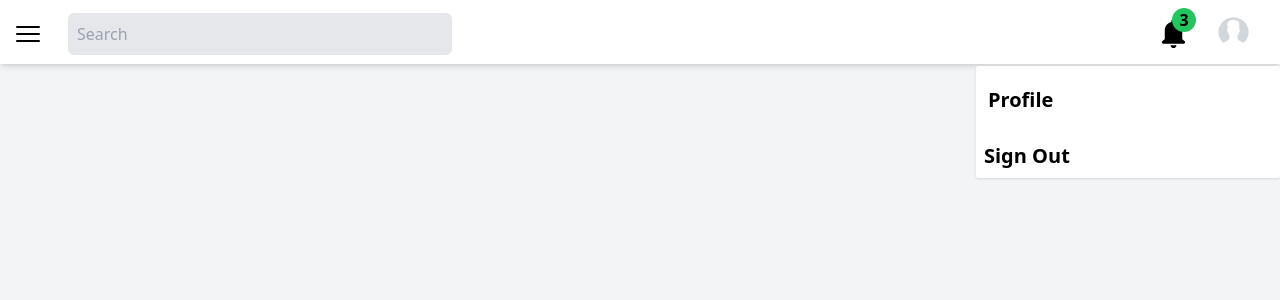
Repository: IssaMuiz/ifarmstock-admin
Page: /api/reset-password
These files come from the project's save history. The page is drawn as it stood at one moment and after the next save; the edit follows.
The browser window is 1280 px wide. The pictures show the whole page.
The page's requests for data from a server got no answer. The project was rebuilt for these pictures with package versions that can differ from the ones it lists, and the page was loaded fresh each time. The framework's server and built-in components were replaced by stand-ins that run in the browser. No one was signed in, and anything a server would have sent is missing. Also part of the build but not shown: next.config.mjs.

Above is the page before, as saved 2024-10-08 15:29:08.

### app/layout.tsx
import type { Metadata } from "next";
import localFont from "next/font/local";
import "./globals.css";
import ClientSessionProvider from "../components/clientSessionProvider";

const geistSans = localFont({
  src: "./fonts/GeistVF.woff",
  variable: "--font-geist-sans",
  weight: "100 900",
});
const geistMono = localFont({
  src: "./fonts/GeistMonoVF.woff",
  variable: "--font-geist-mono",
  weight: "100 900",
});

export const metadata: Metadata = {
  title: "iFarmStock-admin",
  description: "Generated by create next app",
};

export default function RootLayout({
  children,
}: Readonly<{
  children: React.ReactNode;
}>) {
  return (
    <html lang="en">
      <body
        className={`${geistSans.variable} ${geistMono.variable} antialiased mx-5 bg-gray-100`}
      >
        <ClientSessionProvider>{children}</ClientSessionProvider>
      </body>
    </html>
  );
}

### app/api/reset-password/page.tsx
"use client";
import React from "react";
import { useState } from "react";
import { useRouter } from "next/router";
import axios from "axios";

const ResetPassword = () => {
  const [password, setPassword] = useState("");
  const [message, setMessage] = useState("");

  const router = useRouter();
  const { token } = router.query;

  const handleSubmit = async (e: React.FormEvent) => {
    e.preventDefault();
    try {
      const res = await axios.post("/api/auth/reset-password", {
        token,
        password,
      });

      setMessage(res.data.message);
      router.push("/");
      // eslint-disable-next-line @typescript-eslint/no-unused-vars
    } catch (error) {
      setMessage("Error resetting password. Please try again");
    }
  };
  return (
    <div>
      <h2>Reset Password</h2>
      <form action="" onSubmit={handleSubmit}>
        <input
          type="password"
          placeholder="Enter new password"
          value={password}
          onChange={(e) => setPassword(e.target.value)}
          required
        />
        <button type="submit"> Reset Password</button>
      </form>
      {message && <p>{message}</p>}
    </div>
  );
};

export default ResetPassword;

### components/clientSessionProvider.tsx
"use client";

import { SessionProvider } from "next-auth/react";
import { ReactNode, useState } from "react";
import Navbar from "./navbar";
import Sidenav from "./sidenav";

export default function ClientSessionProvider({
  children,
}: {
  children: ReactNode;
}) {
  const [showSidebar, setShowSidenav] = useState(false);

  const toggleSidebar = () => {
    setShowSidenav((prev) => !prev);
  };
  return (
    <SessionProvider>
      <main className="flex ">
        <Sidenav showSidebar={showSidebar} />

        <div
          className={`fixed block md:hidden inset-0 bg-black transition-opacity duration-300 ease-in-out z-10 ${
            showSidebar
              ? "opacity-40 pointer-events-auto"
              : "opacity-0 pointer-events-none"
          }`}
          onClick={toggleSidebar}
        ></div>
        <section
          className={`relative z-0 transition-all duration-300 ease-in-out ${
            showSidebar ? "md:ml-80" : "w-full"
          }  flex-1`}
        >
          <Navbar toggleSidebar={toggleSidebar} showSidebar={showSidebar} />

          {children}
        </section>
      </main>
    </SessionProvider>
  );
}

### components/navbar.tsx
import React from "react";
import { useSession } from "next-auth/react";
import Image from "next/image";

interface ToggleSidebar {
  toggleSidebar: (event: React.MouseEvent<HTMLOrSVGElement>) => void;
  showSidebar: boolean;
}
const Navbar = ({ toggleSidebar, showSidebar }: ToggleSidebar) => {
  const { data: session } = useSession();
  return (
    <nav
      className={`bg-white h-16 fixed top-0 left-0 ${
        showSidebar ? "md:left-80" : "w-full"
      } right-0 shadow-md z-10 transition-all ease-in-out duration-300`}
    >
      <div className="mx-auto flex justify-between p-2">
        <div className="leftnav flex-1 flex gap-2 md:gap-5 items-center ">
          <svg
            onClick={toggleSidebar}
            xmlns="http://www.w3.org/2000/svg"
            viewBox="0 0 24 24"
            strokeWidth={1.5}
            stroke="currentColor"
            className="size-10 rounded-sm cursor-pointer p-1 hover:bg-gray-300"
          >
            <path
              strokeLinecap="round"
              strokeLinejoin="round"
              d="M3.75 6.75h16.5M3.75 12h16.5m-16.5 5.25h16.5"
            />
          </svg>

          <input
            type="text"
            placeholder="Search"
            className="p-2 bg-gray-200 rounded-md max-w-96 flex-1 border outline-none"
          />
        </div>
        <div className="right-nav flex items-center gap-1 md:gap-3 ml-2">
          <div className="relative cursor-pointer hover:bg-gray-300 rounded-sm p-2">
            <svg
              xmlns="http://www.w3.org/2000/svg"
              x="0px"
              y="0px"
              width="35"
              height="35"
              viewBox="0 0 24 24"
              className="fill:#1A1A1A;"
            >
              <path d="M 12 2 C 11.172 2 10.5 2.672 10.5 3.5 L 10.5 4.1953125 C 7.9131836 4.862095 6 7.2048001 6 10 L 6 16 L 4.4648438 17.15625 L 4.4628906 17.15625 A 1 1 0 0 0 4 18 A 1 1 0 0 0 5 19 L 12 19 L 19 19 A 1 1 0 0 0 20 18 A 1 1 0 0 0 19.537109 17.15625 L 18 16 L 18 10 C 18 7.2048001 16.086816 4.862095 13.5 4.1953125 L 13.5 3.5 C 13.5 2.672 12.828 2 12 2 z M 10 20 C 10 21.1 10.9 22 12 22 C 13.1 22 14 21.1 14 20 L 10 20 z"></path>
            </svg>
            <span className=" absolute flex items-center justify-center font-semibold top-0 left-6 bg-green-500 p-1 h-6 w-6 rounded-full">
              3
            </span>
          </div>
          <div className="relative ">
            <div className="cursor-pointer hover:bg-gray-100 flex items-center gap-2 ">
              <Image
                src={session?.user?.image || "/assets/images/avatar.png"}
                alt="profile-image"
                width={45}
                height={45}
                className="rounded-md p-1"
              />
              <div className=" flex-col hidden md:flex text-base p-1">
                <p className=" font-semibold">{session?.user?.name}</p>
                <p>{session?.user?.email}</p>
              </div>
            </div>
            <div className="bg-white shadow top-14 -right-2 absolute w-60 md:w-[19rem] text-xl font-semibold rounded-sm ">
              <div className="flex flex-col gap-5">
                <p className="hover:bg-gray-300 cursor-pointer px-3 w-full mt-5">
                  Profile
                </p>

                <p className="hover:bg-gray-300 cursor-pointer p-2">Sign Out</p>
              </div>
            </div>
          </div>
        </div>
      </div>
    </nav>
  );
};

export default Navbar;

### components/sidenav.tsx
import React from "react";

interface Sidebar {
  showSidebar: boolean;
}
const Sidenav = ({ showSidebar }: Sidebar) => {
  return (
    <aside className="h-20 overflow-y-auto">
      <div
        className={`fixed w-80 overflow-x-hidden scrollbar  overflow-auto z-20 left-0 top-0 bottom-0 transform transition-transform duration-300  bg-gray-600 ${
          showSidebar ? "translate-x-0" : "-translate-x-full"
        }`}
      >
        <div className="bg-green-600 h-16 flex items-center gap-2 font-bold justify-center">
          <p className="text-2xl">iFarmStock</p>
          <p className="bg-white p-1 rounded-sm font-semibold text-sm">ADMIN</p>
        </div>
        <div className="flex flex-col items-start gap-6 text-white text-xl font-semibold mt-10">
          <div className="flex gap-5 w-full items-center py-3 px-6 hover:bg-gray-500 cursor-pointer">
            <svg
              width="30px"
              height="30px"
              viewBox="0 0 24 24"
              fill="none"
              xmlns="http://www.w3.org/2000/svg"
            >
              <path
                d="M21.54 19.25H21.31C21.2159 19.2194 21.1288 19.1706 21.0537 19.1062C20.9785 19.0418 20.9169 18.9632 20.8723 18.8749C20.8277 18.7866 20.8009 18.6903 20.7937 18.5917C20.7864 18.493 20.7988 18.3939 20.83 18.3C21.2622 16.9152 21.3626 15.4482 21.1231 14.0175C20.8837 12.5868 20.3111 11.2324 19.4516 10.0638C18.5921 8.89521 17.4698 7.94514 16.1754 7.29034C14.8809 6.63553 13.4506 6.29435 12 6.29435C10.5494 6.29435 9.11906 6.63553 7.82462 7.29034C6.53019 7.94514 5.4079 8.89521 4.54841 10.0638C3.68892 11.2324 3.11633 12.5868 2.87688 14.0175C2.63743 15.4482 2.73784 16.9152 3.17 18.3C3.21197 18.396 3.23338 18.4997 3.23284 18.6044C3.2323 18.7092 3.20983 18.8126 3.16687 18.9082C3.12391 19.0037 3.06142 19.0892 2.98341 19.1591C2.90541 19.229 2.81363 19.2818 2.71398 19.314C2.61434 19.3463 2.50903 19.3574 2.40485 19.3465C2.30068 19.3356 2.19994 19.303 2.10912 19.2508C2.01831 19.1986 1.93943 19.128 1.87758 19.0434C1.81573 18.9589 1.77226 18.8624 1.75 18.76C1.28255 17.2814 1.14055 15.7191 1.33375 14.1804C1.52694 12.6417 2.05074 11.1631 2.86922 9.84591C3.68769 8.52873 4.78146 7.40423 6.07545 6.54957C7.36945 5.69492 8.83303 5.13034 10.3658 4.89459C11.8985 4.65884 13.4641 4.7575 14.9551 5.1838C16.4461 5.61009 17.8273 6.35393 19.0037 7.36426C20.1802 8.3746 21.1241 9.62751 21.7708 11.037C22.4174 12.4465 22.7515 13.9792 22.75 15.53C22.75 16.6259 22.5814 17.7154 22.25 18.76C22.1977 18.9057 22.1011 19.0313 21.9738 19.1192C21.8464 19.2071 21.6947 19.2528 21.54 19.25Z"
                fill="#ffffff"
              />
              <path
                d="M21.54 19.25H2.45999C2.26108 19.25 2.07031 19.171 1.92966 19.0303C1.78901 18.8897 1.70999 18.6989 1.70999 18.5C1.70999 18.3011 1.78901 18.1103 1.92966 17.9697C2.07031 17.829 2.26108 17.75 2.45999 17.75H21.54C21.7389 17.75 21.9297 17.829 22.0703 17.9697C22.211 18.1103 22.29 18.3011 22.29 18.5C22.29 18.6989 22.211 18.8897 22.0703 19.0303C21.9297 19.171 21.7389 19.25 21.54 19.25Z"
                fill="#ffffff"
              />
              <path
                d="M12 16.25C11.9015 16.2505 11.8038 16.2312 11.7128 16.1935C11.6218 16.1557 11.5392 16.1001 11.47 16.03C11.3295 15.8894 11.2507 15.6988 11.2507 15.5C11.2507 15.3013 11.3295 15.1106 11.47 14.97L15.47 10.97C15.613 10.8661 15.788 10.8161 15.9643 10.8287C16.1406 10.8413 16.3067 10.9157 16.4335 11.0389C16.5602 11.162 16.6394 11.326 16.6571 11.5018C16.6747 11.6777 16.6297 11.8541 16.53 12L12.53 16C12.4633 16.0756 12.3819 16.1367 12.2908 16.1797C12.1997 16.2227 12.1007 16.2466 12 16.25Z"
                fill="#ffffff"
              />
            </svg>
            <p>Dashboard</p>
          </div>
          <div className="flex gap-5 w-full items-center py-3 px-6 hover:bg-gray-500 cursor-pointer">
            <svg
              xmlns="http://www.w3.org/2000/svg"
              fill="none"
              viewBox="0 0 24 24"
              strokeWidth={1.5}
              stroke="currentColor"
              className="size-7"
            >
              <path
                strokeLinecap="round"
                strokeLinejoin="round"
                d="M6 6.878V6a2.25 2.25 0 0 1 2.25-2.25h7.5A2.25 2.25 0 0 1 18 6v.878m-12 0c.235-.083.487-.128.75-.128h10.5c.263 0 .515.045.75.128m-12 0A2.25 2.25 0 0 0 4.5 9v.878m13.5-3A2.25 2.25 0 0 1 19.5 9v.878m0 0a2.246 2.246 0 0 0-.75-.128H5.25c-.263 0-.515.045-.75.128m15 0A2.25 2.25 0 0 1 21 12v6a2.25 2.25 0 0 1-2.25 2.25H5.25A2.25 2.25 0 0 1 3 18v-6c0-.98.626-1.813 1.5-2.122"
              />
            </svg>

            <p>Products</p>
          </div>
          <div className="flex gap-5 w-full items-center py-3 px-6 hover:bg-gray-500 cursor-pointer">
            <svg
              xmlns="http://www.w3.org/2000/svg"
              fill="none"
              viewBox="0 0 24 24"
              strokeWidth={1.5}
              stroke="currentColor"
              className="size-7"
            >
              <path
                strokeLinecap="round"
                strokeLinejoin="round"
                d="M20.25 6.375c0 2.278-3.694 4.125-8.25 4.125S3.75 8.653 3.75 6.375m16.5 0c0-2.278-3.694-4.125-8.25-4.125S3.75 4.097 3.75 6.375m16.5 0v11.25c0 2.278-3.694 4.125-8.25 4.125s-8.25-1.847-8.25-4.125V6.375m16.5 0v3.75m-16.5-3.75v3.75m16.5 0v3.75C20.25 16.153 16.556 18 12 18s-8.25-1.847-8.25-4.125v-3.75m16.5 0c0 2.278-3.694 4.125-8.25 4.125s-8.25-1.847-8.25-4.125"
              />
            </svg>

            <p>Categories</p>
          </div>
          <div className="flex gap-5 w-full items-center py-3 px-6 hover:bg-gray-500 cursor-pointer">
            <svg
              xmlns="http://www.w3.org/2000/svg"
              fill="none"
              viewBox="0 0 24 24"
              strokeWidth={1.5}
              stroke="currentColor"
              className="size-7"
            >
              <path
                strokeLinecap="round"
                strokeLinejoin="round"
                d="M2.25 3h1.386c.51 0 .955.343 1.087.835l.383 1.437M7.5 14.25a3 3 0 0 0-3 3h15.75m-12.75-3h11.218c1.121-2.3 2.1-4.684 2.924-7.138a60.114 60.114 0 0 0-16.536-1.84M7.5 14.25 5.106 5.272M6 20.25a.75.75 0 1 1-1.5 0 .75.75 0 0 1 1.5 0Zm12.75 0a.75.75 0 1 1-1.5 0 .75.75 0 0 1 1.5 0Z"
              />
            </svg>

            <p>Orders</p>
          </div>
          <div className="flex gap-5 w-full items-center py-3 px-6 hover:bg-gray-500 cursor-pointer">
            <svg
              xmlns="http://www.w3.org/2000/svg"
              fill="none"
              viewBox="0 0 24 24"
              strokeWidth={1.5}
              stroke="currentColor"
              className="size-7"
            >
              <path
                strokeLinecap="round"
                strokeLinejoin="round"
                d="M15.75 6a3.75 3.75 0 1 1-7.5 0 3.75 3.75 0 0 1 7.5 0ZM4.501 20.118a7.5 7.5 0 0 1 14.998 0A17.933 17.933 0 0 1 12 21.75c-2.676 0-5.216-.584-7.499-1.632Z"
              />
            </svg>

            <p>Customers</p>
          </div>
          <div className="flex gap-5 w-full items-center py-3 px-6 hover:bg-gray-500 cursor-pointer">
            <svg
              xmlns="http://www.w3.org/2000/svg"
              fill="none"
              viewBox="0 0 24 24"
              strokeWidth={1.5}
              stroke="currentColor"
              className="size-7"
            >
              <path
                strokeLinecap="round"
                strokeLinejoin="round"
                d="M9.594 3.94c.09-.542.56-.94 1.11-.94h2.593c.55 0 1.02.398 1.11.94l.213 1.281c.063.374.313.686.645.87.074.04.147.083.22.127.325.196.72.257 1.075.124l1.217-.456a1.125 1.125 0 0 1 1.37.49l1.296 2.247a1.125 1.125 0 0 1-.26 1.431l-1.003.827c-.293.241-.438.613-.43.992a7.723 7.723 0 0 1 0 .255c-.008.378.137.75.43.991l1.004.827c.424.35.534.955.26 1.43l-1.298 2.247a1.125 1.125 0 0 1-1.369.491l-1.217-.456c-.355-.133-.75-.072-1.076.124a6.47 6.47 0 0 1-.22.128c-.331.183-.581.495-.644.869l-.213 1.281c-.09.543-.56.94-1.11.94h-2.594c-.55 0-1.019-.398-1.11-.94l-.213-1.281c-.062-.374-.312-.686-.644-.87a6.52 6.52 0 0 1-.22-.127c-.325-.196-.72-.257-1.076-.124l-1.217.456a1.125 1.125 0 0 1-1.369-.49l-1.297-2.247a1.125 1.125 0 0 1 .26-1.431l1.004-.827c.292-.24.437-.613.43-.991a6.932 6.932 0 0 1 0-.255c.007-.38-.138-.751-.43-.992l-1.004-.827a1.125 1.125 0 0 1-.26-1.43l1.297-2.247a1.125 1.125 0 0 1 1.37-.491l1.216.456c.356.133.751.072 1.076-.124.072-.044.146-.086.22-.128.332-.183.582-.495.644-.869l.214-1.28Z"
              />
              <path
                strokeLinecap="round"
                strokeLinejoin="round"
                d="M15 12a3 3 0 1 1-6 0 3 3 0 0 1 6 0Z"
              />
            </svg>

            <p>Settings</p>
          </div>
        </div>
      </div>
    </aside>
  );
};

export default Sidenav;

Loaded but not shown: app/globals.css (common file); tailwind.config.ts (common file)

After the next save:
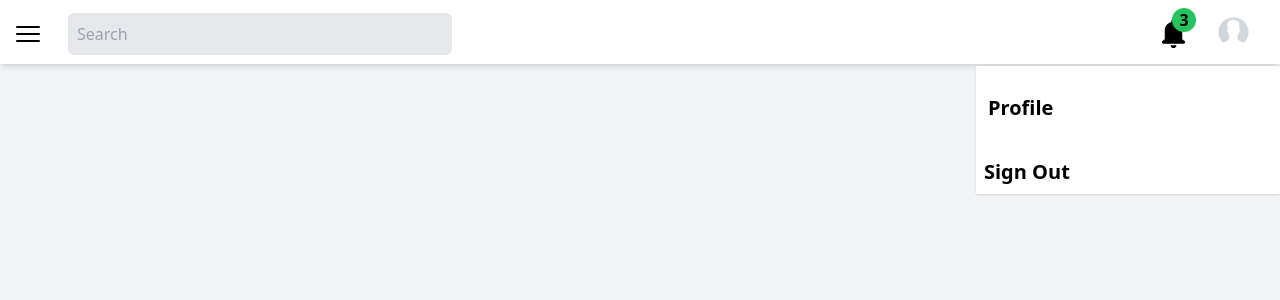
Saved 22 s later.
--- a/components/navbar.tsx
+++ b/components/navbar.tsx
@@ -70,7 +70,7 @@ const Navbar = ({ toggleSidebar, showSidebar }: ToggleSidebar) => {
             </div>
             <div className="bg-white shadow top-14 -right-2 absolute w-60 md:w-[19rem] text-xl font-semibold rounded-sm ">
               <div className="flex flex-col gap-5">
-                <p className="hover:bg-gray-300 cursor-pointer px-3 w-full mt-5">
+                <p className="hover:bg-gray-300 cursor-pointer px-3 py-2 w-full mt-5">
                   Profile
                 </p>
 
